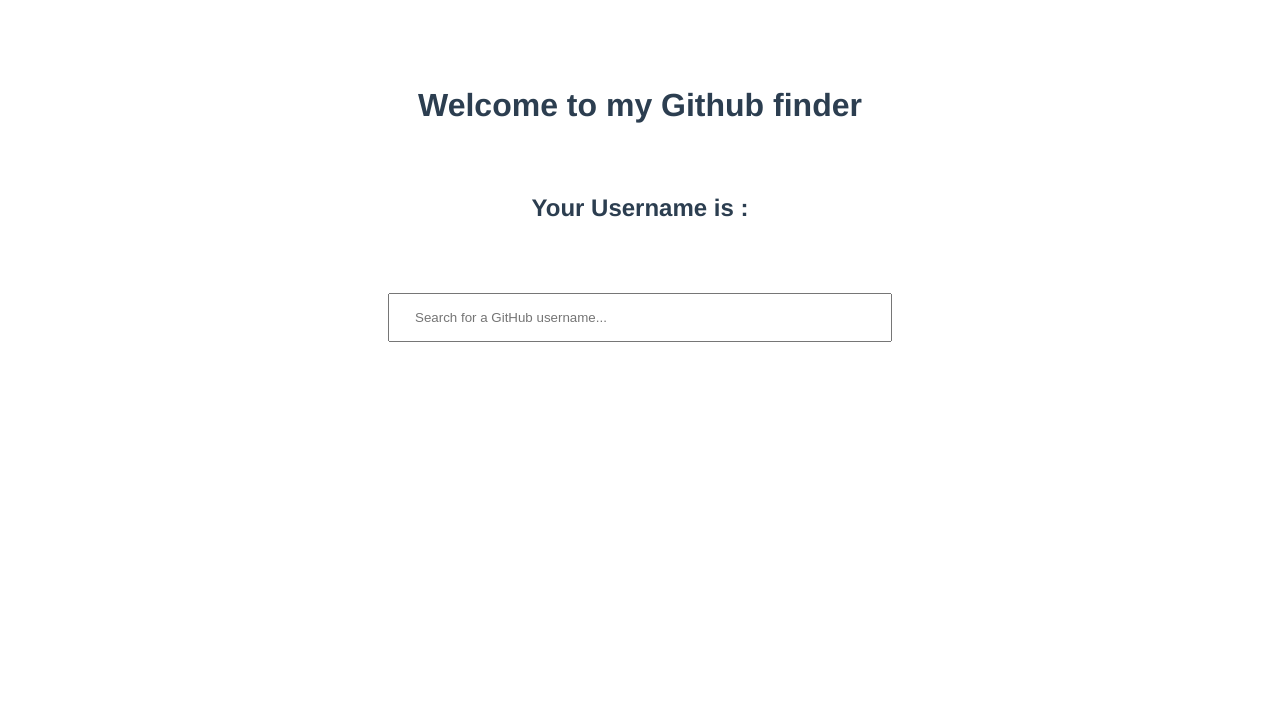
Repository: Syfon01/githubfinderApp
Page: /
The author's editor kept a copy of each file at every save. The page is drawn from the files as they stood at one save, then again after a run of saves.
The browser window is 1280 px wide. The pictures show the whole page.
The project was rebuilt for these pictures with package versions that can differ from the ones it lists, and the page was loaded fresh each time.

Above is the page before, as saved 2020-02-06 14:49:12.
Console error: TypeError: Cannot read properties of undefined (reading 'protocol')

After the next 3 saves:
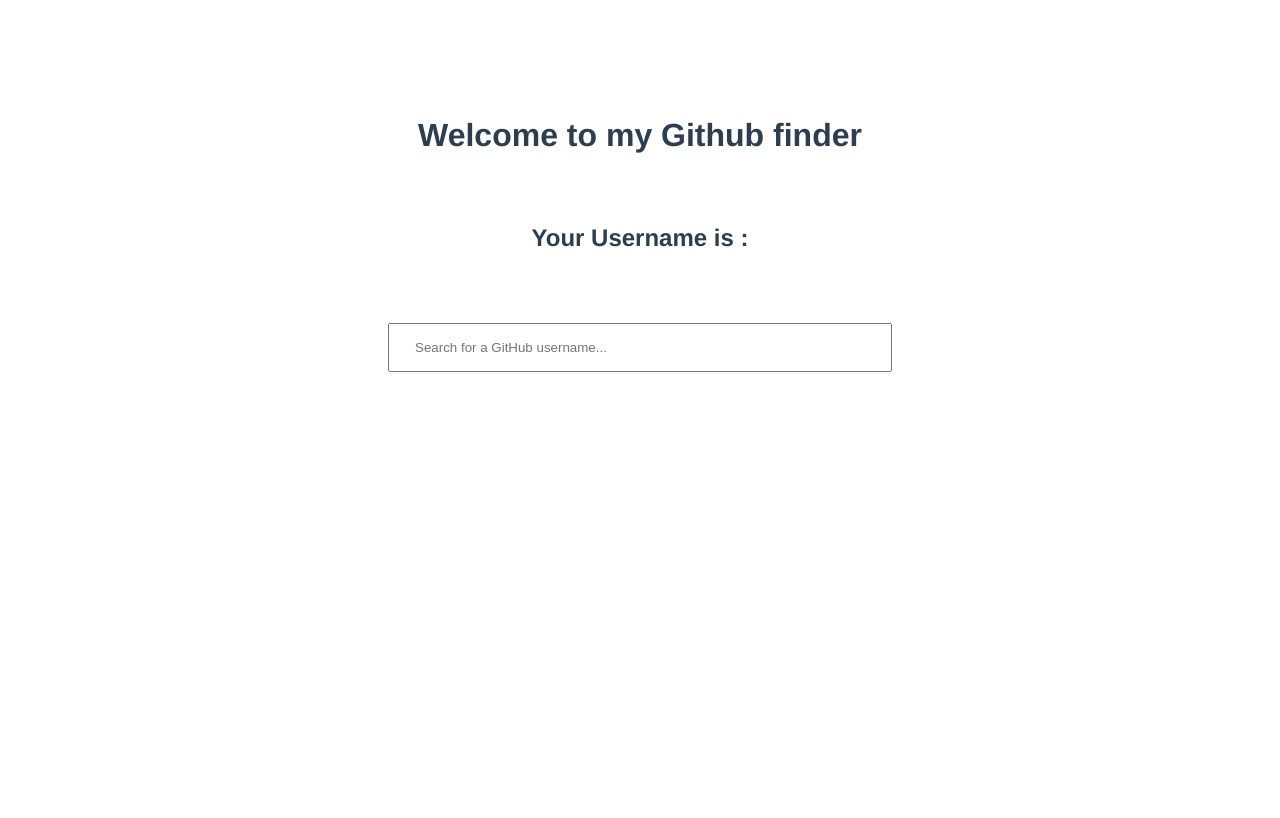
The 3 saves are shown as one change because they came seconds apart.
The last was saved 23 s later.
--- a/src/components/Finder.vue
+++ b/src/components/Finder.vue
@@ -120,10 +120,10 @@
     text-align: center;
     color: rgb(112, 130, 150);
 }
-/* #main{
-  background: rgb(235, 233, 233);
+#main{
+  /* background: rgb(235, 233, 233); */
   height: auto;
   min-height: 100vh;
   padding: 15px 0px;
-} */
+}
 </style>
